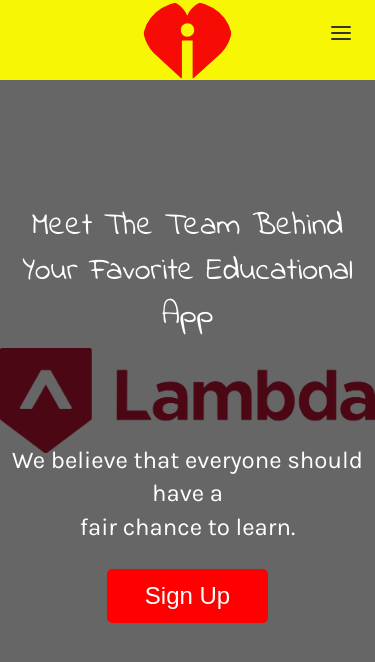
Repository: internationalrural-school-report/maketing-page
Page: about-us.html
These files come from the project's save history. The page is drawn as it stood at one moment and after the next save; the edit follows.
The browser window is 375 px wide. The pictures show the window.
A layer covers the whole window, so only the first screen is drawn. Backgrounds fixed to the window are drawn as part of the page.

Above is the page before, as saved 2019-08-29 14:08:37.

After the next save:
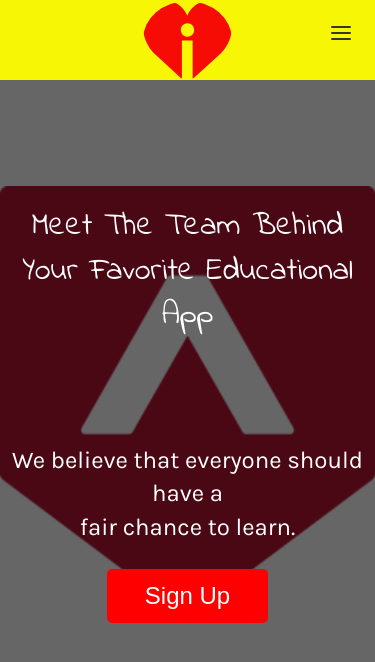
Saved 13 s later.
--- a/about-us-marketing.css
+++ b/about-us-marketing.css
@@ -782,7 +782,7 @@
     position: relative;
     bottom: 0px;
     margin: 0;
-    background-image: url("Images/lambda-2.png");
+    background-image: url("Images/lambda-shield.png");
     background-position: 50% 50%;
     background-size: contain ;
     background-repeat: no-repeat;
